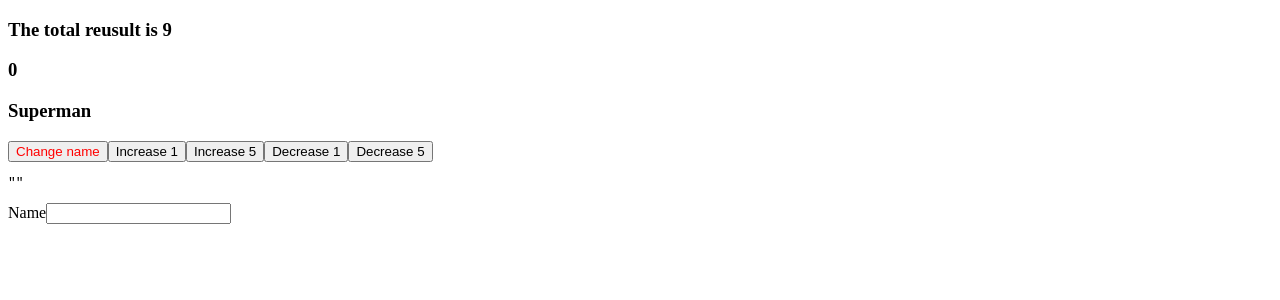
Repository: KZH2001/Vue_Practice
Page: / (app in Tutorial/)
The author's editor kept a copy of each file at every save. The page is drawn from the files as they stood at one save, then again after the next save.
The browser window is 1280 px wide. The pictures show the whole page.
The project was rebuilt for these pictures with package versions that can differ from the ones it lists, and the page was loaded fresh each time. Also part of the build but not shown: Tutorial/vite.config.js.

Above is the page before, as saved 2026-01-19 22:26:15.

### Tutorial/src/App.vue


  <template>
  <h3>The total reusult is {{ add(2,3,4) }}</h3>
  <h3>{{ number  }}</h3>

  <h3>{{ name }}</h3>
  <button  v-bind:style="{color:color}" v-on:click="name = 'Batman'">Change name</button>
  <button @click="increaseNumber(1)">Increase 1</button>
  <button @click="increaseNumber(5)">Increase 5</button>
  <button @click="decreaseNumber(1)">Decrease 1</button>
  <button @click="decreaseNumber(5)">Decrease 5</button>

  <pre>{{ JSON.stringify(formValues.name, null, 2) }}</pre>


  <form action="">
    <label for="name">Name</label>
    <input v-model="formValues.name" id="name" type="text">
  </form>
  </template>

  <style scoped>

  </style>

  <script >
    export default{


      data(){
        return{
          name: 'Superman',
          color: 'red',
          number: 0,
          formValues: {
            name: ''
          }
        }
      },
      methods: {
      add(a,b,c){
        return a+b+c
      },

      increaseNumber(num){
        this.number += num
      },

      decreaseNumber(num){
        this.number -= num
      }

    }

  }

  </script>

Loaded but not shown: Tutorial/index.html (common file); Tutorial/src/main.js (common file)

After the next save:
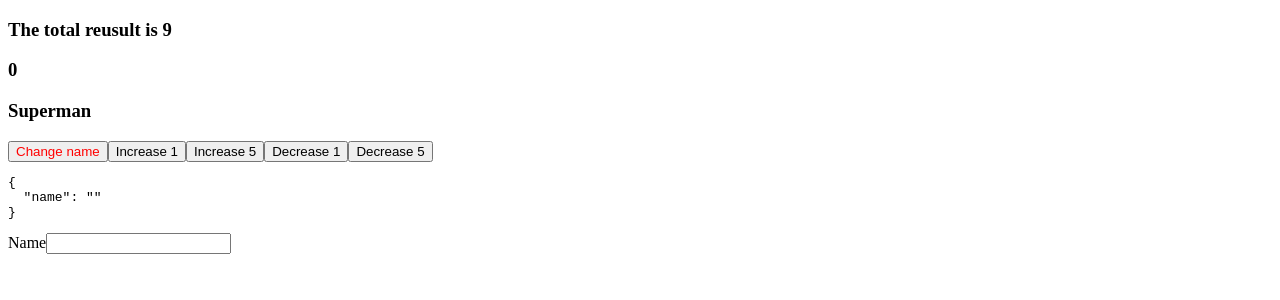
Saved 5 min 10 s later.
--- a/Tutorial/src/App.vue
+++ b/Tutorial/src/App.vue
@@ -11,7 +11,7 @@
   <button @click="decreaseNumber(1)">Decrease 1</button>
   <button @click="decreaseNumber(5)">Decrease 5</button>
 
-  <pre>{{ JSON.stringify(formValues.name, null, 2) }}</pre>
+  <pre>{{ JSON.stringify(formValues, null, 2) }}</pre>
 
 
   <form action="">
